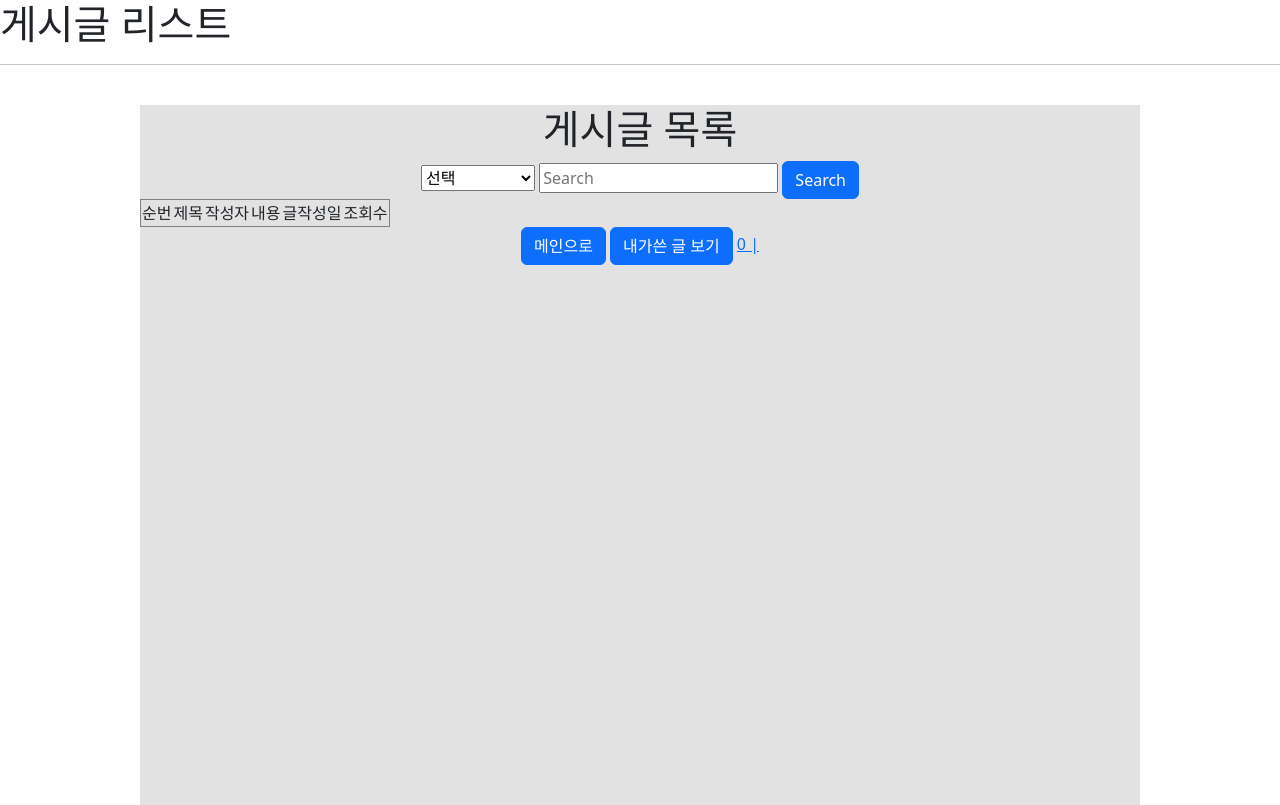
Repository: yangone8249/jsp_project
Page: http://localhost/yang_project/board/BoardList.jsp
These files come from the project's save history. The page is drawn as it stood at one moment and after the next save; the edit follows.
The browser window is 1280 px wide. The pictures show the whole page.
The page is served by Tomcat 9. Other server files are loaded and not shown. The template is opened directly, without the code that normally fills it, so the values that code supplies are empty.

Above is the page before, as saved 2023-06-01 02:08:12.

### yang_project/yang_project/src/main/webapp/board/BoardList.jsp
<%@ page language="java" contentType="text/html; charset=UTF-8"
    pageEncoding="UTF-8"%>
<%@ taglib uri="http://java.sun.com/jsp/jstl/core" prefix="c" %>
<!DOCTYPE html>
<html>
<head>
<meta charset="UTF-8">
<title>게시글목록</title>
<link href="https://cdn.jsdelivr.net/npm/bootstrap@5.2.3/dist/css/bootstrap.min.css" rel="stylesheet" integrity="sha384-rbsA2VBKQhggwzxH7pPCaAqO46MgnOM80zW1RWuH61DGLwZJEdK2Kadq2F9CUG65" crossorigin="anonymous">
<script src="https://cdn.jsdelivr.net/npm/bootstrap@5.2.3/dist/js/bootstrap.bundle.min.js" integrity="sha384-kenU1KFdBIe4zVF0s0G1M5b4hcpxyD9F7jL+jjXkk+Q2h455rYXK/7HAuoJl+0I4" crossorigin="anonymous"></script>
<style type="text/css">
	#content{
		width : 1000px;
		height : 700px;
		background-color: #E2E2E2;
		margin:auto;
		text-align: center;

	}
</style>
</head>
<body>
	<h1>게시글 리스트</h1>
	<hr><br>
	<div id="content">
		<h1 id="listTitle">게시글 목록</h1>
		<form action="/brd/page" method="post" >
			<div>
				<c:set value="${pgh.pgvo.type }" var="typed"></c:set>
				<select name="type">
					<option ${typed == null ? 'selected' : '' }>선택</option>
					<option ${typed eq 't' ? 'selected' : '' } value="t">제목</option>
					<option ${typed eq 'c' ? 'selected' : '' } value="c">내용</option>
					<option ${typed eq 'w' ? 'selected' : '' } value="w">작성자</option>
					<option ${typed eq 'tc' ? 'selected' : '' } value="tc">제목 + 내용</option>
					<option ${typed eq 'tw' ? 'selected' : '' } value="tw">제목 + 작성자</option>
					<option ${typed eq 'cw' ? 'selected' : '' } value="cw">내용 + 작성자</option>
				</select>
				<input type="text" name="keyword" placeholder="Search">
				<input type="hidden" name="pageNo" value="${pgh.pgvo.pageNo }">
				<input type="hidden" name="qty" value="${pgh.pgvo.qty }">
				<button type="submit" class="btn btn-primary">Search</button>
			</div>
		</form>
			<table border="1">
			<tr>
				<td>순번</td>
				<td>제목</td>
				<td>작성자</td>
				<td>내용</td>
				<td>글작성일</td>
				<td>조회수</td>
			</tr>
			<c:forEach items="${list }" var="list" varStatus="i">
				<tr>
					<td>${i.count }</td>
					<td>
					<c:if test="${list.image_file ne null && list.image_file ne '' }">
					<img alt="없음" src="/_fileUpload/th_${list.image_file}">
					</c:if>
					<a href="/brd/detail?bno=${list.bno }">${ list.title}</a></td>
					<td>${list.writer }</td>
					<td>${list.content }</td>
					<td>${list.regdate }</td>
					<td>${list.count }</td>
				</tr>
			</c:forEach>
		</table>
		<a href="/"><button type="button" class="btn btn-primary">메인으로</button></a>
			<a href="/brd/page?type='w'&keyword=${ses.id }" ><button class="btn btn-primary">내가쓴 글 보기</button></a>
		<c:if test="${pgh.prev }">
			<a href="/brd/page?pageNo=${pgh.startPage-1 }&qty=${pgh.pgvo.qty}&type=${pgh.pgvo.type}&keyword=${pgh.pgvo.keyword}">이전</a>
		</c:if>
		<c:forEach begin="${pgh.startPage }" end="${pgh.endPage }" var="i">
			<a href="/brd/page?pageNo=${i }&qty=${pgh.pgvo.qty}&type=${pgh.pgvo.type}&keyword=${pgh.pgvo.keyword}">${i } | </a>
		</c:forEach>
		<c:if test="${pgh.next }">
			<a href="/brd/page?pageNo=${pgh.endPage+1 }&qty=${pgh.pgvo.qty}&type=${pgh.pgvo.type}&keyword=${pgh.pgvo.keyword}">다음</a>
		</c:if></div>
</body>
</html>

After the next save:
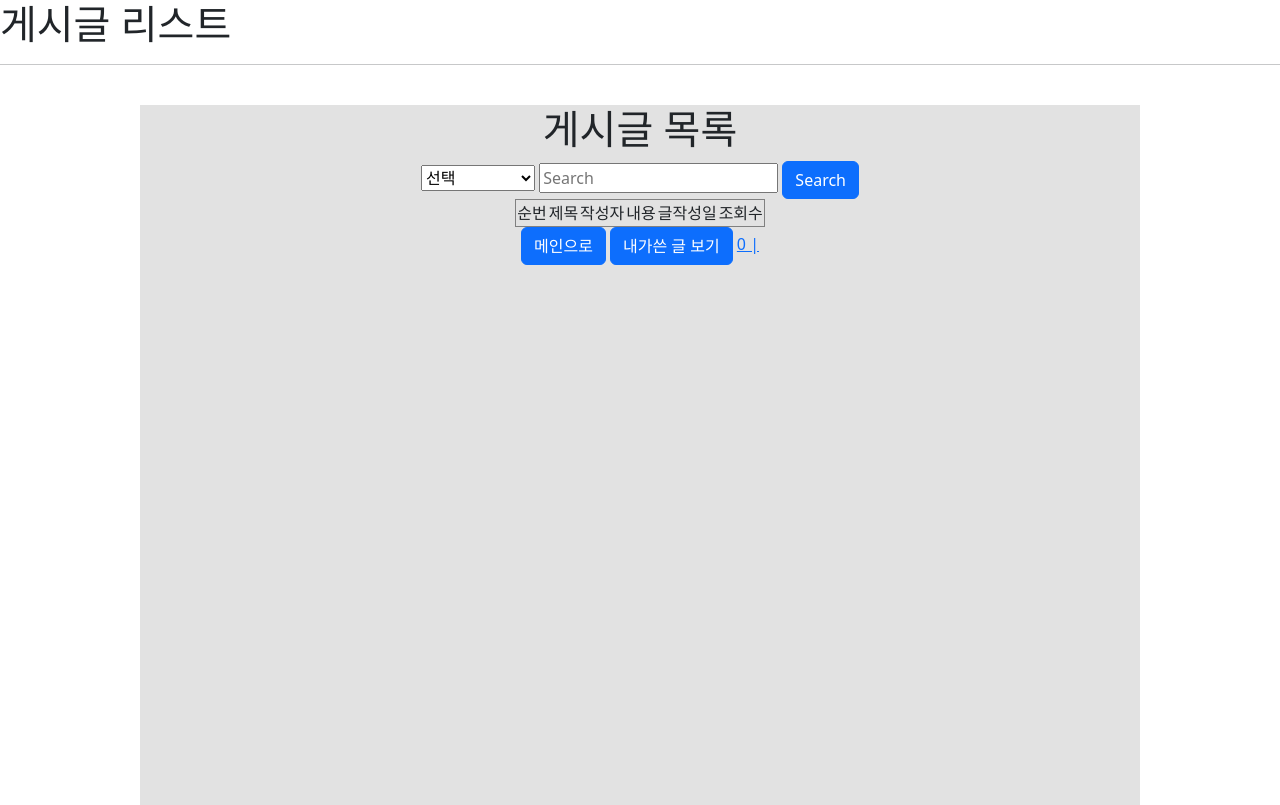
Saved 33 s later.
--- a/yang_project/yang_project/src/main/webapp/board/BoardList.jsp
+++ b/yang_project/yang_project/src/main/webapp/board/BoardList.jsp
@@ -15,7 +15,9 @@
 		background-color: #E2E2E2;
 		margin:auto;
 		text-align: center;
-
+	}
+	#table{
+		margin:auto;
 	}
 </style>
 </head>
@@ -42,7 +44,7 @@
 				<button type="submit" class="btn btn-primary">Search</button>
 			</div>
 		</form>
-			<table border="1">
+			<table border="1" id="table">
 			<tr>
 				<td>순번</td>
 				<td>제목</td>
